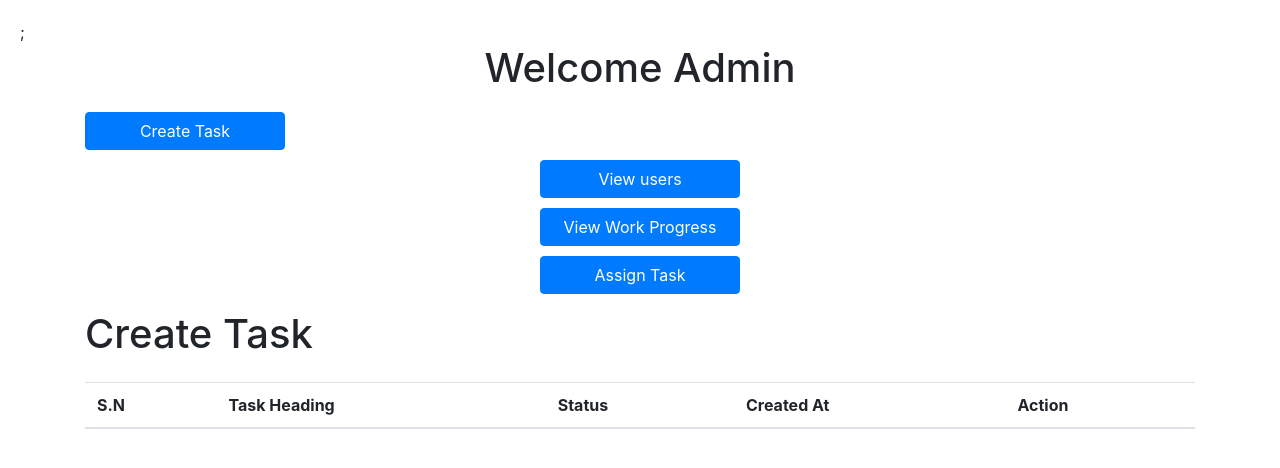
Repository: neha-rouniyar/taskmgmt
Page: http://localhost/admin/create-task
These files come from the project's save history. The page is drawn as it stood at one moment and after the next save; the edit follows.
The browser window is 1280 px wide. The pictures show the whole page.
Some web libraries are served in a nearby version. The page is served by the project's Laravel application, run on PHP 8.4 with Laravel 10. Queries for data that is not in the repository find no rows.

Above is the page before, as saved 2023-12-16 12:07:24.

After the next save:
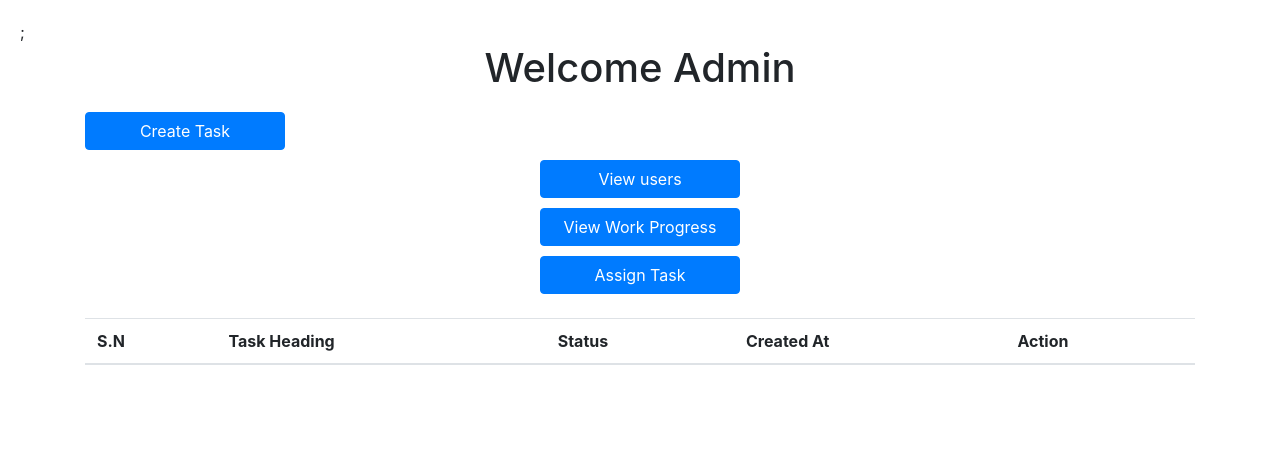
Saved 18 s later.
--- a/resources/views/admin/task/create.blade.php
+++ b/resources/views/admin/task/create.blade.php
@@ -42,7 +42,7 @@
   }
 </style>
 <div class="container">
-    <h1>Create Task</h1>
+    {{-- <h1>Create Task</h1> --}}
     @if (session('success'))
     <div class="alert alert-success alert-dismissible fade show" role="alert">
         <p style="color: rgb(11, 130, 43)8, 28, 0)">{{session('success')}}</p>

After the save that followed:
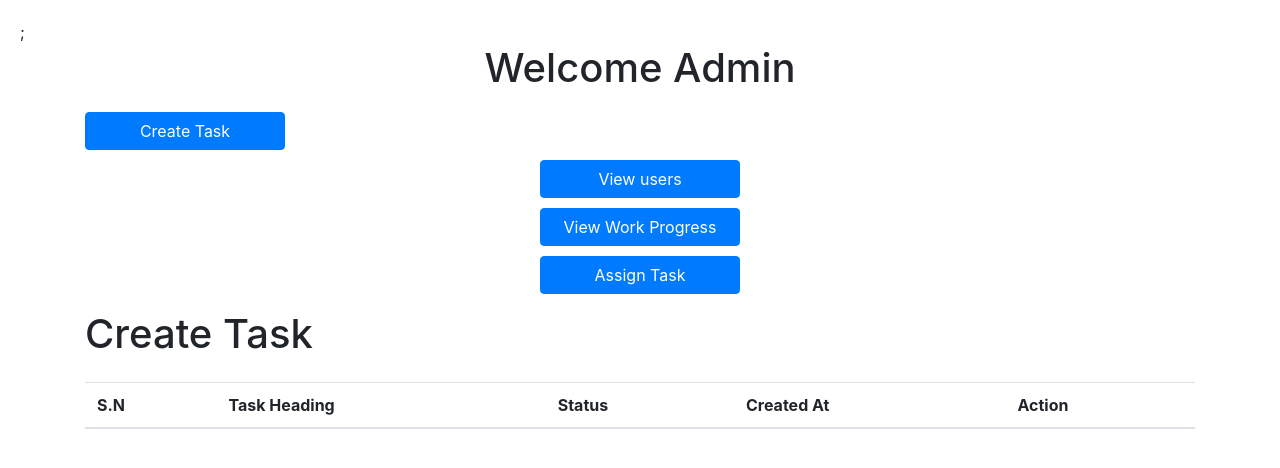
Saved 5 s later.
--- a/resources/views/admin/task/create.blade.php
+++ b/resources/views/admin/task/create.blade.php
@@ -42,7 +42,7 @@
   }
 </style>
 <div class="container">
-    {{-- <h1>Create Task</h1> --}}
+    <h1>Create Task</h1>
     @if (session('success'))
     <div class="alert alert-success alert-dismissible fade show" role="alert">
         <p style="color: rgb(11, 130, 43)8, 28, 0)">{{session('success')}}</p>
